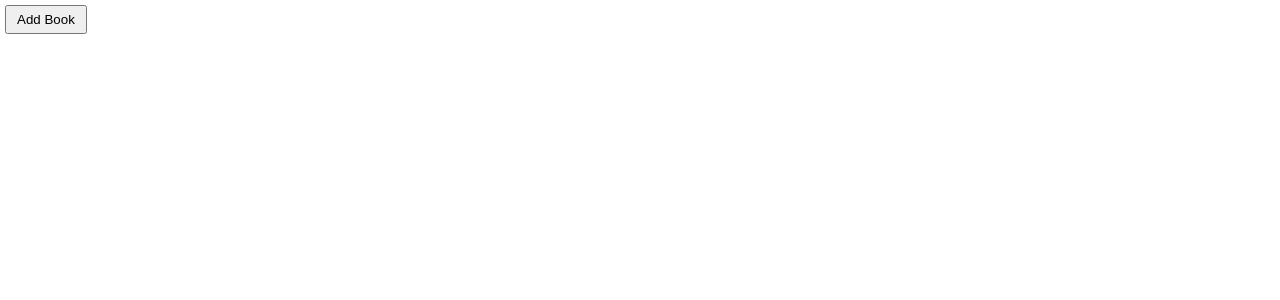
Repository: TonyLi0916/odin-library
Page: index.html
The author's editor kept a copy of each file at every save. The page is drawn from the files as they stood at one save, then again after the next save.
The browser window is 1280 px wide. The pictures show the whole page.

Above is the page before, as saved 2025-11-10 21:57:46.

After the next save:
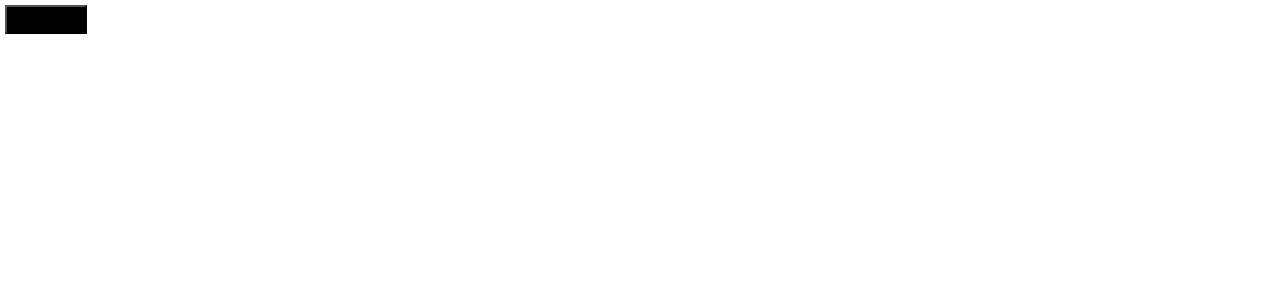
Saved 10 s later.
--- a/styles.css
+++ b/styles.css
@@ -7,7 +7,7 @@
 #openDialog
 {
     display: flex;
-    color: black;
+    background-color: black;
 }
 
 button {

After the save that followed:
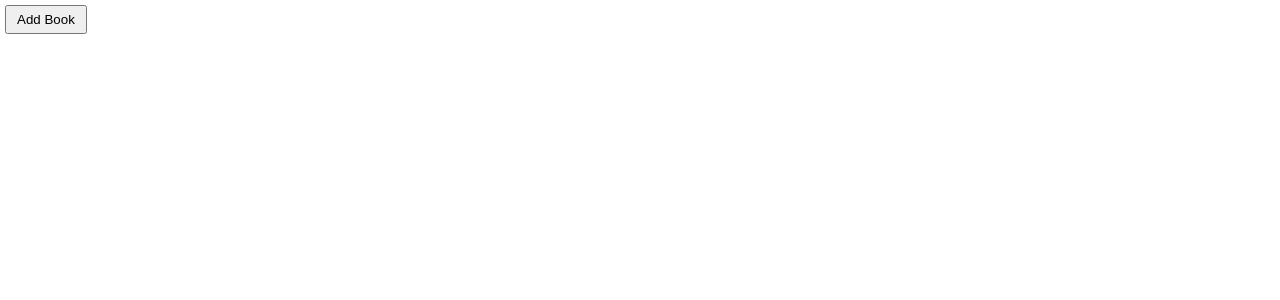
Saved 28 s later.
--- a/styles.css
+++ b/styles.css
@@ -7,7 +7,7 @@
 #openDialog
 {
     display: flex;
-    background-color: black;
+    justify-content: center;
 }
 
 button {
